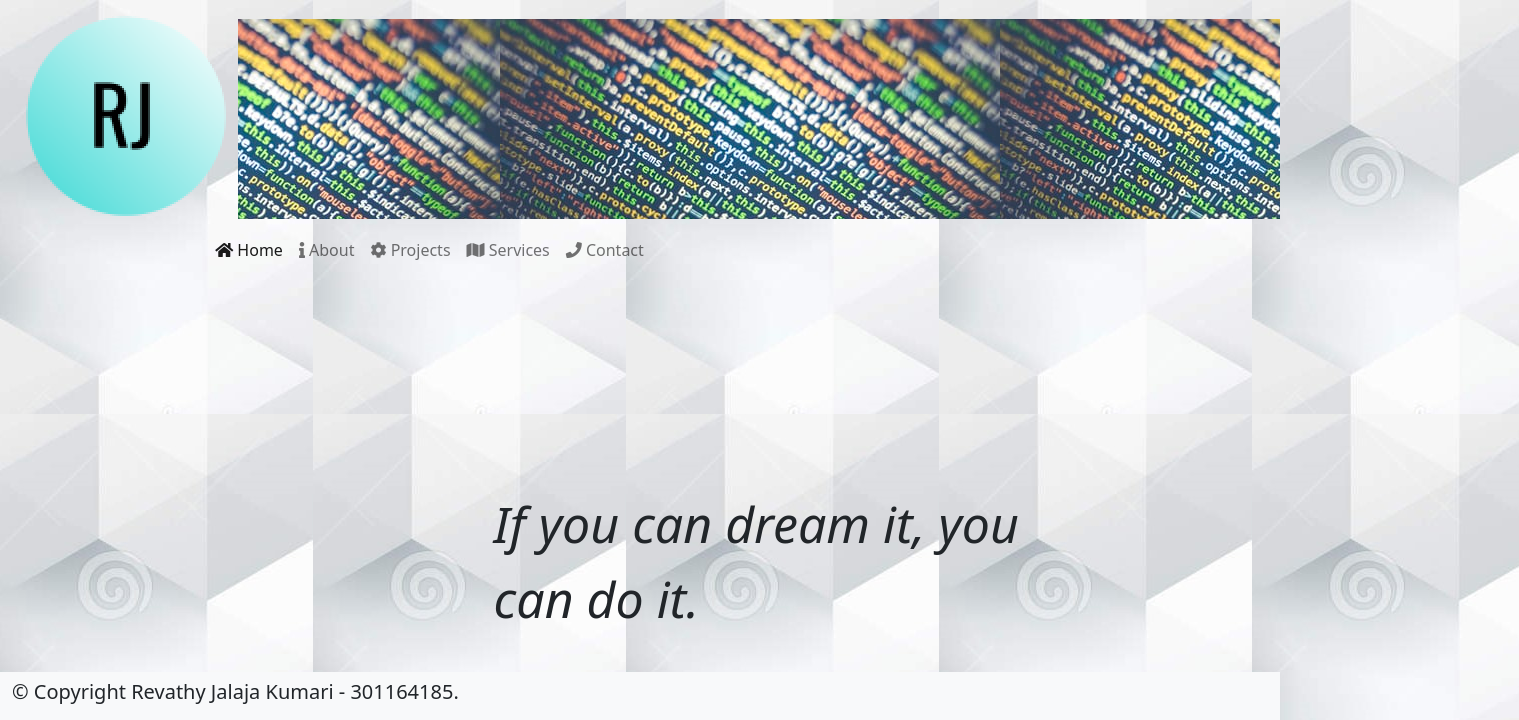
Repository: RevathyJK/Portfolio
Page: http://localhost/
These files come from the project's save history. The page is drawn as it stood at one moment and after the next save; the edit follows.
The browser window is 1280 px wide. The page is 1519 px wide, so the pictures cover 1519 px, including what lies to the right of the window. The pictures show the whole page.
The page is served by the project's Node server (server.js).

Above is the page before, as saved 2021-10-01 18:14:33.

After the next save:
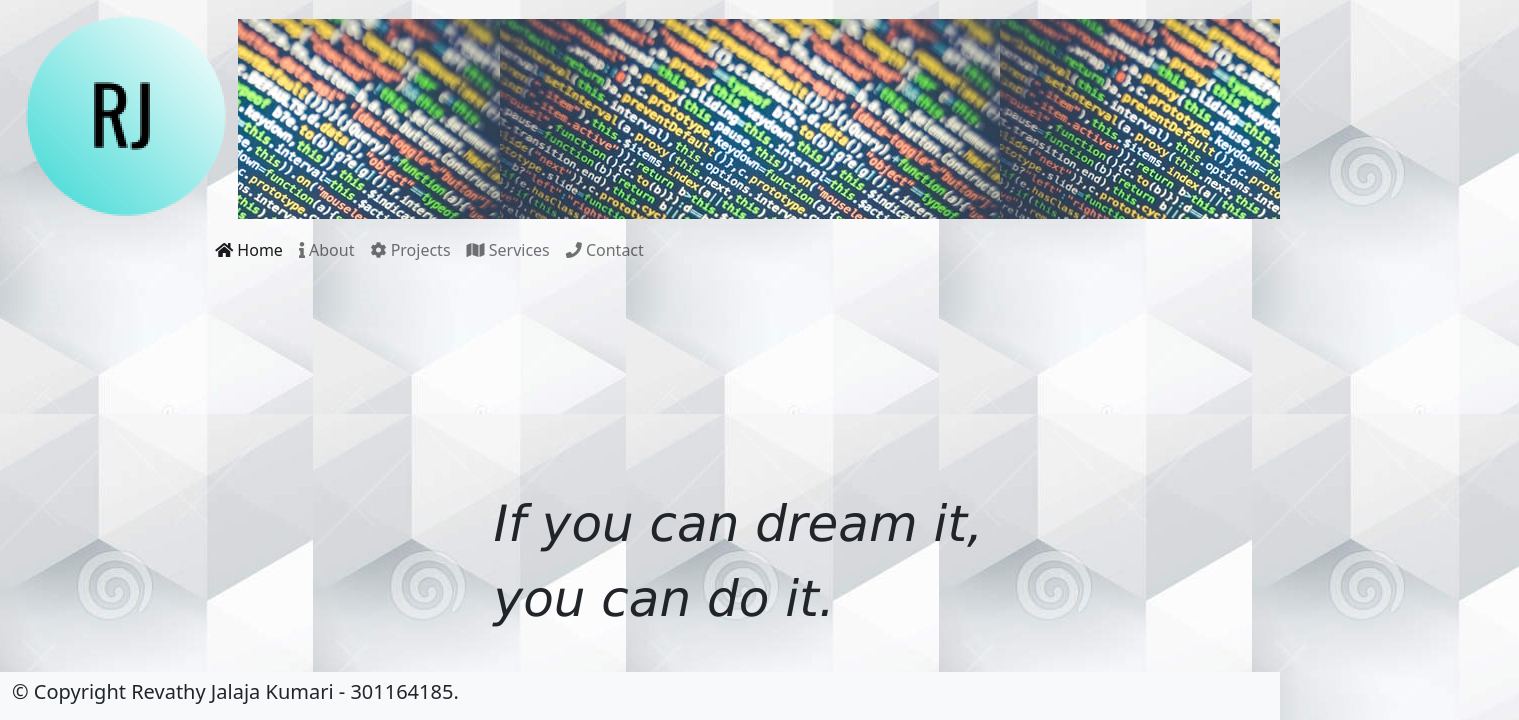
Saved 2 min 7 s later.
--- a/Client/Content/app.css
+++ b/Client/Content/app.css
@@ -87,6 +87,7 @@
       padding-left: 300px;
       padding-top: 200px;
       font-size: 50px;
+      font-family: 'Lucida Sans', 'Lucida Sans Regular', 'Lucida Grande', 'Lucida Sans Unicode', Geneva, Verdana, sans-serif;
 
 
   }
